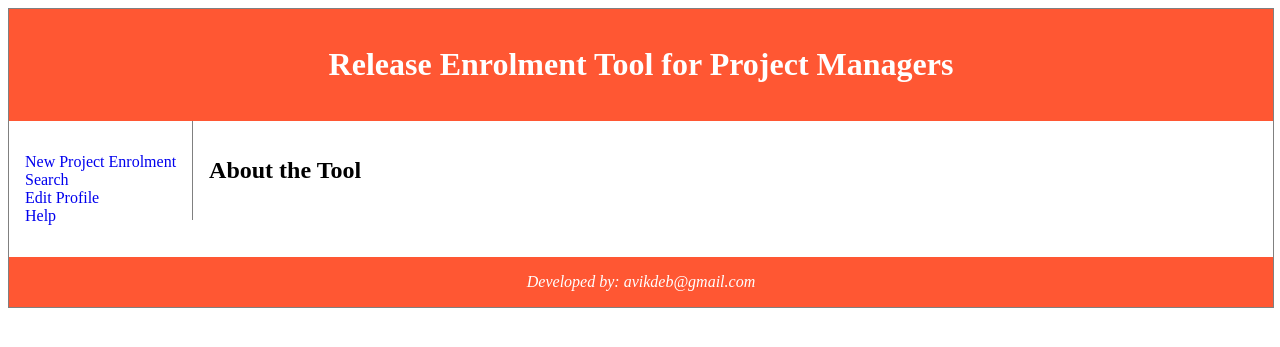
Repository: guribrar/enrolmentapp
Page: http://localhost/enrolmentapp/testlogin.jsp
An editor plug-in stored every save of this project. The page is shown before and after the next save, followed by the edit.
The browser window is 1280 px wide. The pictures show the whole page.
The page is served by Tomcat 9. Other server files are loaded and not shown.

Above is the page before, as saved 2016-12-31 15:53:32.

### enrolmentapp/WebContent/testlogin.jsp
<%@ page language="java" contentType="text/html; charset=ISO-8859-1"
    pageEncoding="ISO-8859-1"%>

<%@ taglib uri="http://java.sun.com/jsp/jstl/sql" prefix="sql" %>
<%@ taglib uri="http://java.sun.com/jsp/jstl/core" prefix="c" %>

<!DOCTYPE html>
<html>
<head>
<style>
div.container {
    width: 100%;
    border: 1px solid gray;
}

header, footer {
    padding: 1em;
    color: white;
    background-color: #FF5733;
    clear: left;
    text-align: center;
}

nav {
    float: left;
    max-width: 160px;
    margin: 0;
    padding: 1em;
}

nav ul {
    list-style-type: none;
    padding: 0;
}

nav ul a {
    text-decoration: none;
}

article {
    margin-left: 170px;
    border-left: 1px solid gray;
    padding: 1em;
    overflow: hidden;
}
</style>
</head>
<body>

<div class="container">

<header>
   <h1>Release Enrolment Tool for Project Managers</h1>
</header>

<nav>
  <ul>
    <li><a href="#">New Project Enrolment</a></li>
    <li><a href="#">Search</a></li>
    <li><a href="#">Edit Profile</a></li>
    <li><a href="#">Help</a></li>
  </ul>
</nav>

<article>
  <h1>About the Tool</h1>
  <p>

</article>

<footer><i>Developed by: avikdeb@gmail.com</i></footer>

</div>

</body>
</html>

After the next save:
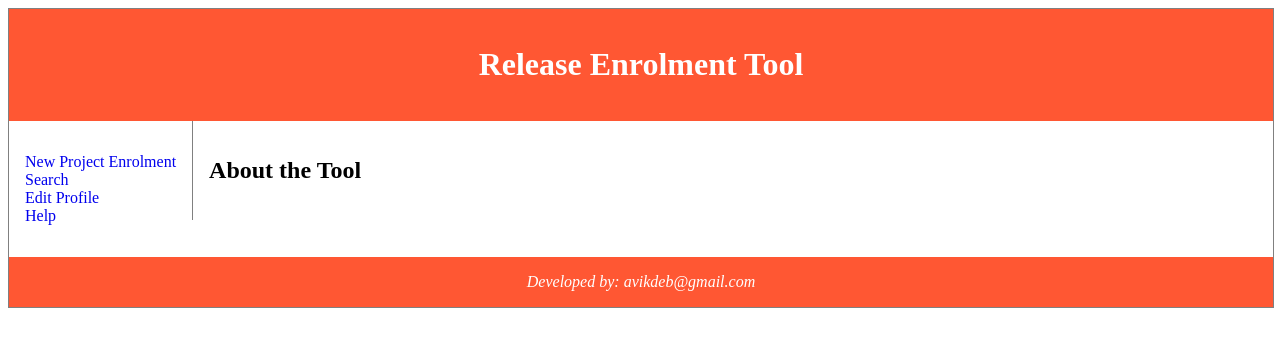
Saved 16 s later.
--- a/enrolmentapp/WebContent/testlogin.jsp
+++ b/enrolmentapp/WebContent/testlogin.jsp
@@ -50,7 +50,7 @@ article {
 <div class="container">
 
 <header>
-   <h1>Release Enrolment Tool for Project Managers</h1>
+   <h1>Release Enrolment Tool</h1>
 </header>
 
 <nav>
